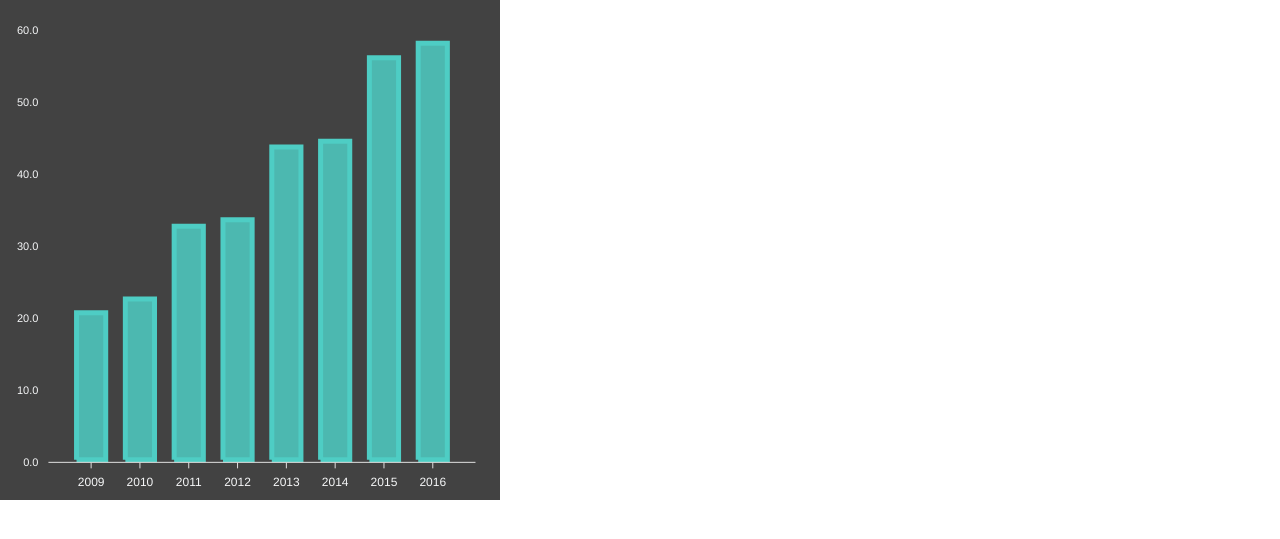
Repository: wanted-pre-onboarding-internship-1team/pre-onboarding-9th-3-1
Page: /
These files come from the project's save history. The page is drawn as it stood at one moment and after the next save; the edit follows.
The browser window is 1280 px wide. The pictures show the whole page.
The project was rebuilt for these pictures with package versions that can differ from the ones it lists, and the page was loaded fresh each time.

Above is the page before, as saved 2023-03-15 00:48:29.

After the next save:
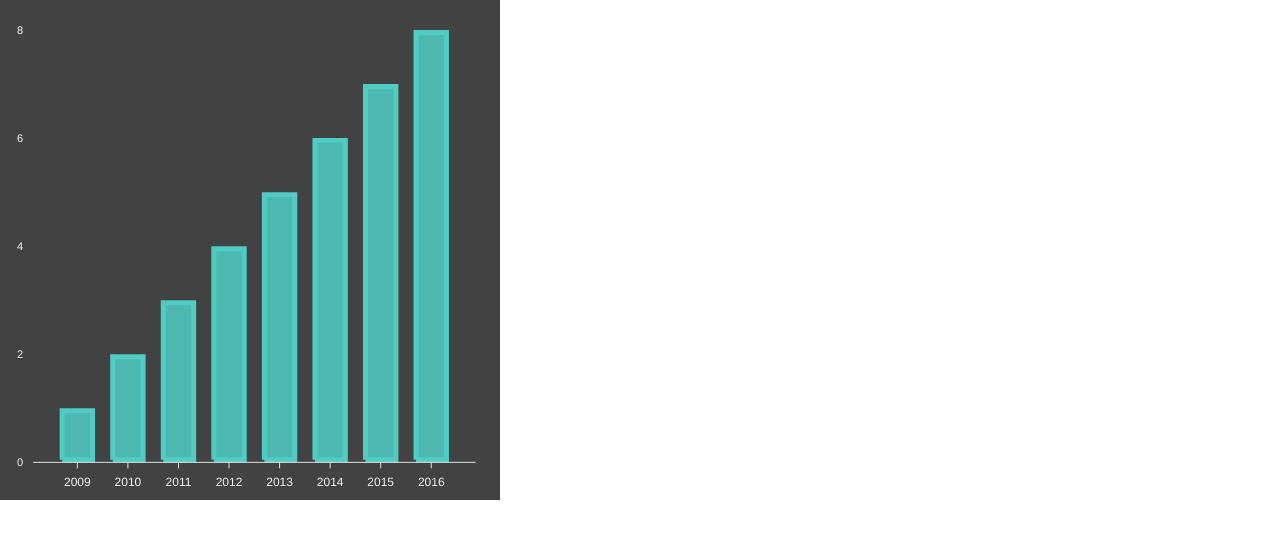
Saved 9 s later.
--- a/src/pages/Mainpage.tsx
+++ b/src/pages/Mainpage.tsx
@@ -18,7 +18,7 @@ export default function Mainpage() {
           {
             name: 'Column A',
             type: 'column',
-            data: [21.1, 23, 33.1, 34, 44.1, 44.9, 56.5, 58.5],
+            data: [1, 2, 3, 4, 5, 6, 7, 8],
           },
         ]}
         options={{
